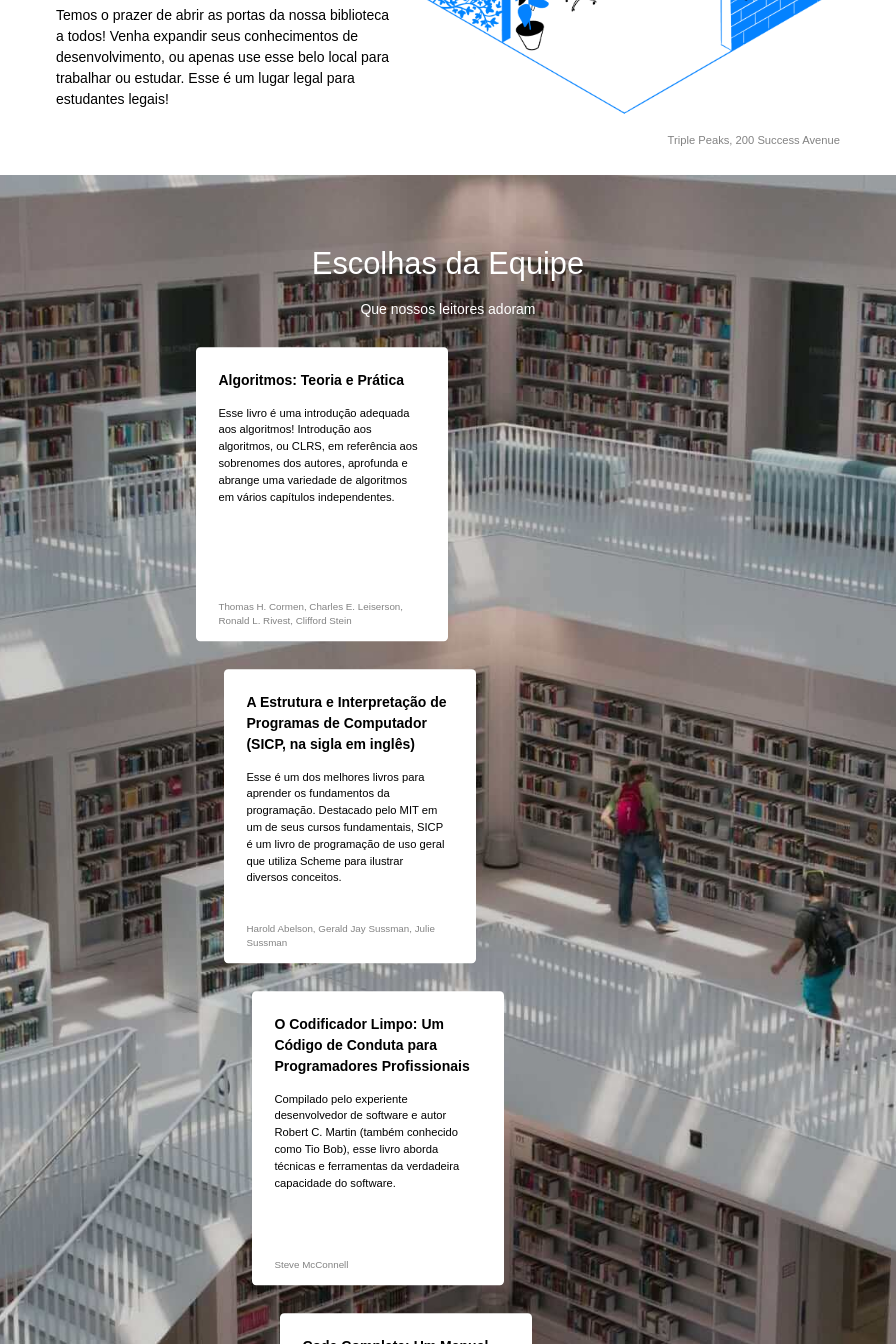
Repository: thainagomesc/web_project_library_pt
Page: index.html
The author's editor kept a copy of each file at every save. The page is drawn from the files as they stood at one save, then again after the next save.
The browser window is 1280 px wide. The pictures show the part of the page from y = 470 to 2390 px (the page is 2906 px tall before and 1986 px after), at 70% of full size.

Above is the page before, as saved 2025-12-27 22:06:59.

After the next save:
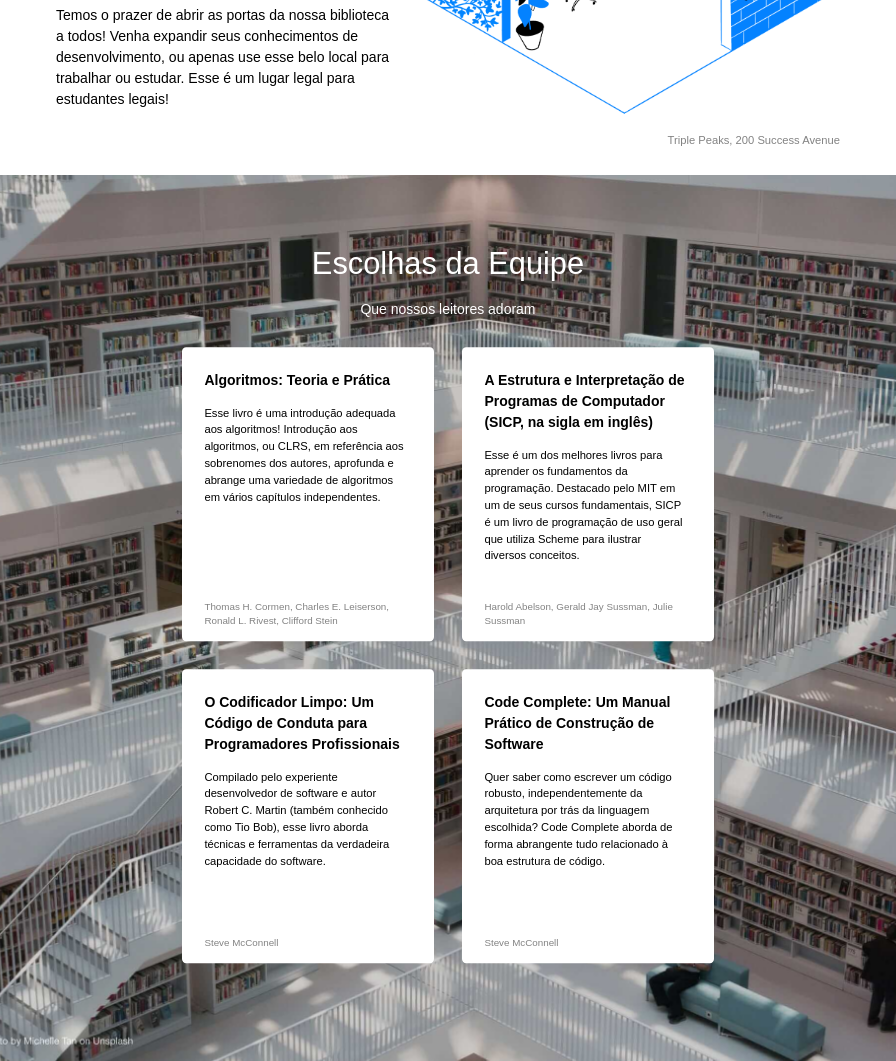
Saved 16 s later.
--- a/index.html
+++ b/index.html
@@ -53,7 +53,8 @@
           <h2 class="staff__title">Escolhas da Equipe</h2>
           <p class="staff__subtitle">Que nossos leitores adoram</p>
 
-            <ul class="staff__cards">
+          <div class="staff__cards">
+            <ul class="staff__cards-list">
               <li class="card">
                 <div class="card__content">
                   <h3 class="card__title">Algoritmos: Teoria e Prática</h3>
@@ -69,7 +70,6 @@
                 </div>
               </li>
 
-            <ul class="staff__cards">
               <li class="card">
                 <div class="card__content">
                   <h3 class="card__title">
@@ -86,7 +86,6 @@
                 </div>
               </li>
 
-            <ul class="staff__cards">
               <li class="card">
                 <div class="card__content">
                   <h3 class="card__title">
@@ -101,7 +100,6 @@
                 </div>
               </li>
 
-            <ul class="staff__cards">
               <li class="card">
                 <div class="card__content">
                   <h3 class="card__title">
